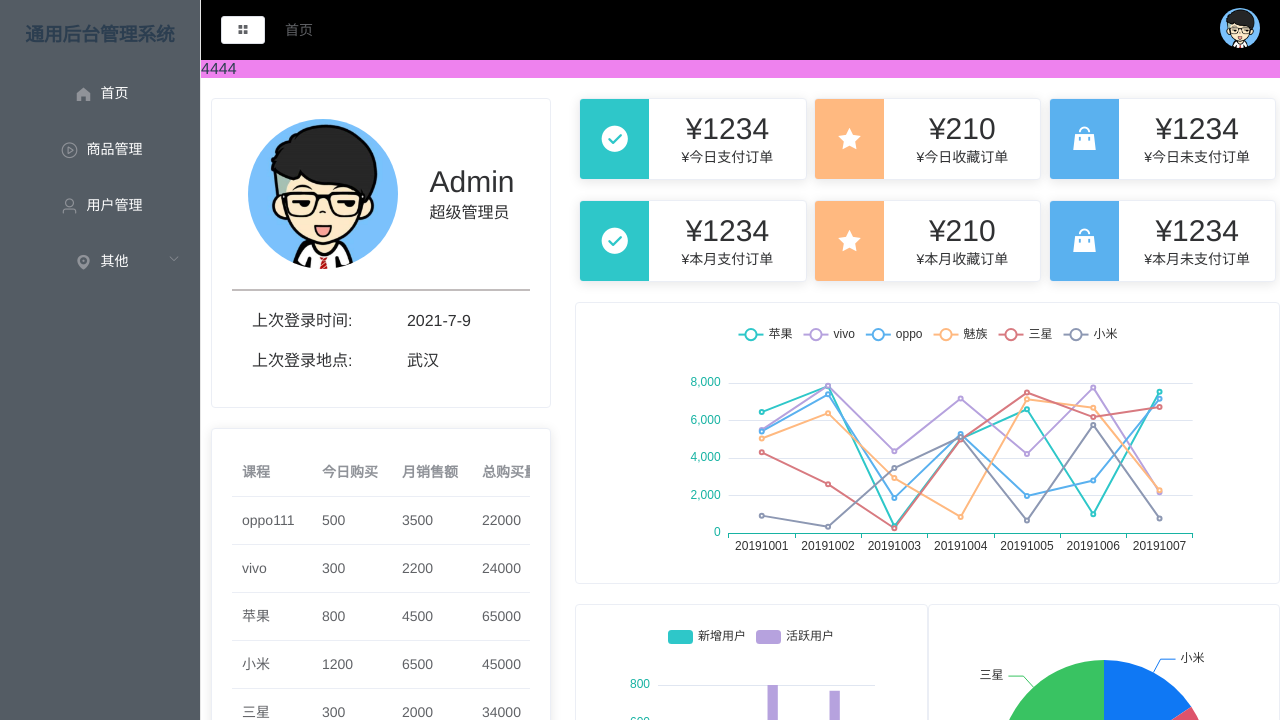
Repository: 385841539/VueStudy
Page: / (app in vue_cli/)
The author's editor kept a copy of each file at every save. The page is drawn from the files as they stood at one save, then again after the next save.
The browser window is 1280 px wide. The pictures show the whole page.
An inner scrolling area shows only its first screen. The project was rebuilt for these pictures with package versions that can differ from the ones it lists, and the page was loaded fresh each time. Also part of the build but not shown: vue_cli/vue.config.js.

Above is the page before, as saved 2022-01-14 16:41:00.

After the next save:
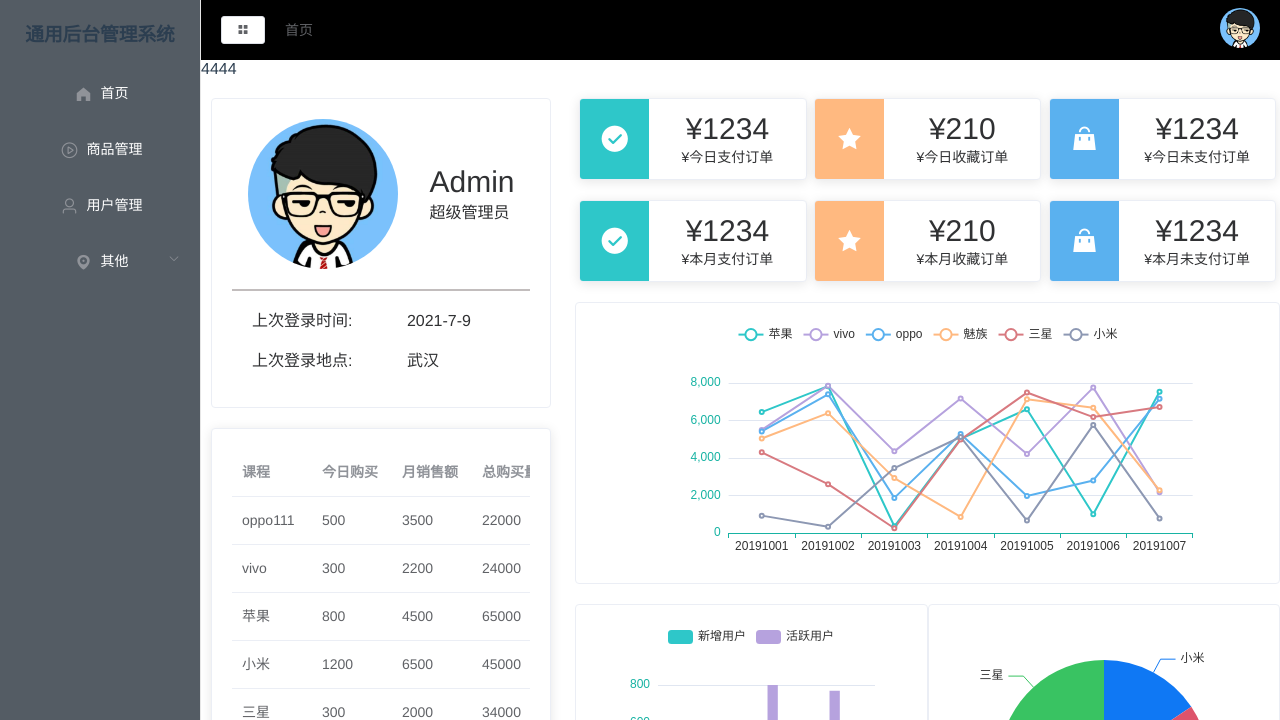
Saved 6 s later.
--- a/vue_cli/src/components/CommonTag.vue
+++ b/vue_cli/src/components/CommonTag.vue
@@ -12,11 +12,7 @@ export default {};
 
 <style>
 .tabs {
-    display: flex;
+  display: flex;
   align-items: flex-start;
-
-  justify-content: flex-start;
-  background-color: violet;
-  align-content: flex-start;
 }
 </style>
